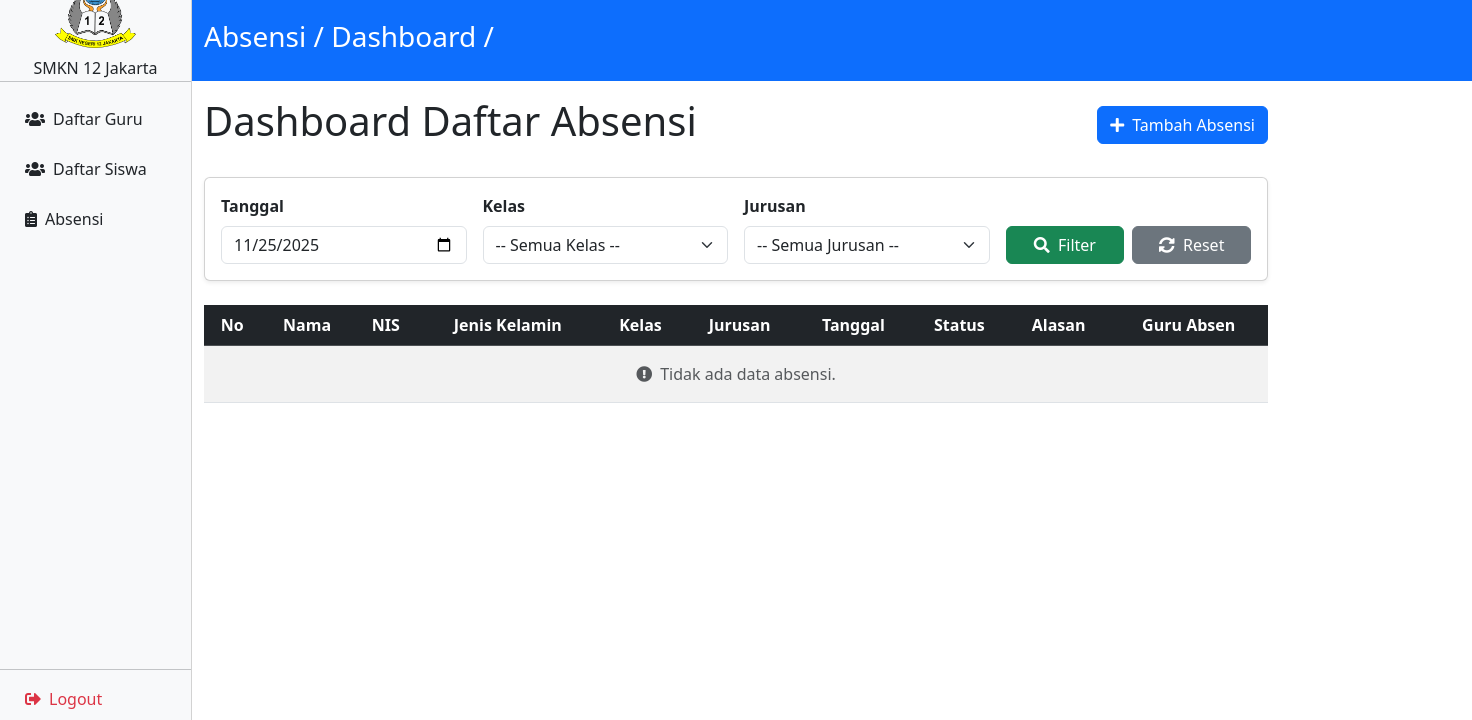
Repository: aly675/pra-usk
Page: resources/views/absensi/dashboard-absensi.blade.php
These files come from the project's save history. The page is drawn as it stood at one moment and after the next save; the edit follows.
The browser window is 1280 px wide. The page is 1472 px wide, so the pictures cover 1472 px, including what lies to the right of the window. The pictures show the whole page.
The page is served by the project's Laravel application, run on PHP 8.4 with Laravel 12. Other server files are loaded and not shown. The template is opened directly, without the code that normally fills it, so the values that code supplies are empty.

Above is the page before, as saved 2025-11-25 04:59:17.

### routes/web.php
<?php

use Illuminate\Support\Facades\Route;
use App\Http\Controllers\AuthController;
use App\Http\Controllers\GuruController;
use App\Http\Controllers\SiswaController;
use App\Http\Controllers\AbsensiController;
use Illuminate\Routing\Controllers\Middleware;

Route::get('/', function () {
    return view('welcome');
});

Route::prefix('auth')->middleware('islogin')->group(function () {
    Route::get('/', [AuthController::class, 'login_page'])->name('login-page');
    Route::post('/login', [AuthController::class, 'login'])->name('login');
});

Route::prefix('admin')->middleware("guru")->group(function () {
    Route::get('', function () {
        return redirect()->route('guru.dashboard-siswa-page');
    });
    Route::prefix('siswa')->group(function () {
        Route::get('/', [SiswaController::class, 'dashboard_siswa_page'])->name('guru.dashboard-siswa-page');
        Route::get('/tambah-siswa', [SiswaController::class, 'tambah_siswa_page'])->name('guru.tambah-siswa-page');
        Route::post('/tambah-siswa/kirim', [SiswaController::class, 'tambah_siswa'])->name('guru.tambah-siswa');
        Route::get('/edit-siswa/{id}', [SiswaController::class, 'edit_siswa_page'])->name('guru.edit-siswa-page');
        Route::put('/edit-siswa/{id}/kirim', [SiswaController::class, 'edit_siswa'])->name('guru.edit-siswa');
        Route::delete('/delete-siswa/{id}', [SiswaController::class, 'delete_siswa'])->name('guru.delete-siswa');
    });
    Route::prefix('guru')->group(function () {
        Route::get('/', [GuruController::class, 'dashboard_guru_page'])->name('guru.dashboard-guru-page');
        Route::get('/tambah-guru', [GuruController::class, 'tambah_guru_page'])->name('guru.tambah-guru-page');
        Route::post('/tambah-guru/kirim', [GuruController::class, 'tambah_guru'])->name('guru.tambah-guru');
        Route::get('/edit-guru/{id}', [GuruController::class, 'edit_guru_page'])->name('guru.edit-guru-page');
        Route::put('/edit-guru/{id}/kirim', [GuruController::class, 'edit_guru'])->name('guru.edit-guru');
        Route::delete('/delete-guru/{id}', [GuruController::class, 'delete_guru'])->name('guru.delete-guru');
    });
    Route::prefix('absensi')->group(function () {
        Route::get('/', [AbsensiController::class, 'dashboard_absensi_page'])->name('guru.dashboard-absensi-page');
        Route::get('/tambah/absensi', [AbsensiController::class, 'tambah_absensi_page'])->name('guru.tambah-absensi-page');
        Route::post('/tambah/absensi', [AbsensiController::class, 'tambah_absensi'])->name('guru.tambah-absensi');

    });
});

Route::post('/logout', [AuthController::class, 'logout'])->name('logout');

### resources/views/absensi/dashboard-absensi.blade.php
<!DOCTYPE html>
<html lang="en">
<head>
    <meta charset="UTF-8">
    <meta name="viewport" content="width=device-width, initial-scale=1.0">
    <meta http-equiv="X-UA-Compatible" content="ie=edge">
    <title>Document</title>
     <link href="https://cdn.jsdelivr.net/npm/bootstrap@5.3.8/dist/css/bootstrap.min.css" rel="stylesheet" integrity="sha384-sRIl4kxILFvY47J16cr9ZwB07vP4J8+LH7qKQnuqkuIAvNWLzeN8tE5YBujZqJLB" crossorigin="anonymous">
    <link rel="stylesheet" href="https://cdnjs.cloudflare.com/ajax/libs/font-awesome/5.15.4/css/all.min.css">
</head>
<body>
    <div class="offcanvas offcanvas-start show bg-light" style="width: 15%" data-bs-scroll="true" data-bs-backdrop="false" tabindex="-1" id="offcanvasScrolling" aria-labelledby="offcanvasScrollingLabel">
        <div class="offcanvas-header d-flex justify-content-center" style="height: 9vh">
            <a class="navbar-brand d-flex flex-column align-items-center" href="#">
                <img src="{{ asset('assets/img/image.png') }}" alt="SMKN 12 JAKARTA" height="64">
                <p class="mt-2 mb-0">SMKN 12 Jakarta</p>
            </a>
        </div>
        <hr>
        <div class="offcanvas-body d-flex flex-column justify-content-between p-0">
            <div class="d-flex flex-column gap-2 w-100">
                <a href="{{ route('guru.dashboard-guru-page') }}" class="btn text-start ps-4 py-2">
                    <i class="fas fa-users me-2"></i>Daftar Guru
                </a>
                <a href="{{ route('guru.dashboard-siswa-page') }}" class="btn text-start ps-4 py-2">
                    <i class="fas fa-users me-2"></i>Daftar Siswa
                </a>
                <a href="{{ route('guru.dashboard-absensi-page') }}" class="btn text-start ps-4 py-2">
                    <i class="fas fa-clipboard-list me-2"></i>Absensi
                </a>
            </div>
            <div class="w-100">
                <hr class="my-2">
                <form action="{{ route('logout') }}" method="post">
                    @csrf
                    <button type="submit" class="btn text-start ps-4 py-2 text-danger w-100">
                        <i class="fas fa-sign-out-alt me-2"></i>Logout
                    </button>
                </form>
            </div>
        </div>
    </div>
    <div class="container-fluid p-0" style="margin-left: 15%">
        <nav class="navbar bg-primary">
            <div class="container-fluid">
                <a class="navbar-brand d-flex align-items-center" style="height: 9vh" href="{{ route('guru.dashboard-absensi-page') }}">
                    <h3 class="text-white">
                        Absensi / Dashboard /
                    </h3>
                </a>
            </div>
        </nav>
        {{-- Content --}}
        <div class="container mx-0 mt-3" style="max-width: 85%">
            <div class="d-flex align-items-center justify-content-between">
                <h1>Dashboard Daftar Absensi</h1>
                <a class="btn btn-primary" href="{{ route('guru.tambah-absensi-page') }}">
                    <i class="fas fa-plus me-2"></i>Tambah Absensi
                </a>
            </div>
            {{-- Filter Section --}}
            <div class="card mt-4 shadow-sm">
                <div class="card-body">
                    <form action="{{ route('guru.dashboard-absensi-page') }}" method="GET" class="row g-3 align-items-end">
                        <div class="col-md-3">
                            <label for="tanggal" class="form-label fw-semibold">Tanggal</label>
                            <input type="date" name="tanggal" id="tanggal" class="form-control"
                                value="{{ request('tanggal', date('Y-m-d')) }}">
                        </div>
                        <div class="col-md-3">
                            <label for="kelas" class="form-label fw-semibold">Kelas</label>
                                <select name="kelas" id="kelas" class="form-select">
                                    <option value="">-- Semua Kelas --</option>
                                    <option value="x" {{ request('kelas') == 'x' ? 'selected' : '' }}>X</option>
                                    <option value="xi" {{ request('kelas') == 'xi' ? 'selected' : '' }}>XI</option>
                                    <option value="xii" {{ request('kelas') == 'xii' ? 'selected' : '' }}>XII</option>
                                </select>
                            </div>
                            <div class="col-md-3">
                                <label for="jurusan" class="form-label fw-semibold">Jurusan</label>
                                <select name="jurusan" id="jurusan" class="form-select">
                                    <option value="">-- Semua Jurusan --</option>
                                    <option value="RPL" {{ request('jurusan') == 'RPL' ? 'selected' : '' }}>RPL</option>
                                    <option value="BR" {{ request('jurusan') == 'BR' ? 'selected' : '' }}>BR</option>
                                    <option value="MP" {{ request('jurusan') == 'MP' ? 'selected' : '' }}>MP</option>
                                    <option value="AKL" {{ request('jurusan') == 'AKL' ? 'selected' : '' }}>AKL</option>
                                </select>
                            </div>
                        <div class="col-md-3 d-flex">
                            <button type="submit" class="btn btn-success me-2 w-100">
                                <i class="fas fa-search me-1"></i> Filter
                            </button>
                            <a href="{{ route('guru.dashboard-absensi-page') }}" class="btn btn-secondary w-100">
                                <i class="fas fa-sync-alt me-1"></i> Reset
                            </a>
                        </div>
                    </form>
                </div>
            </div>
            {{-- Table Section --}}
            <div class="table-responsive mt-4">
                <table class="table table-striped table-hover align-middle">
                    <thead class="table-dark">
                        <tr class="text-center">
                            <th>No</th>
                            <th>Nama</th>
                            <th>NIS</th>
                            <th>Jenis Kelamin</th>
                            <th>Kelas</th>
                            <th>Jurusan</th>
                            <th>Tanggal</th>
                            <th>Status</th>
                            <th>Alasan</th>
                            <th>Guru Absen</th>
                        </tr>
                    </thead>
                    <tbody>
                        @forelse ($absensi as $data)
                            <tr class="text-center">
                                <td>{{ $loop->iteration }}</td>
                                <td>{{ $data->siswa->nama }}</td>
                                <td>{{ $data->siswa->nis }}</td>
                                <td>{{ $data->siswa->kelas }}</td>
                                <td>{{ $data->siswa->jurusan }}</td>
                                <td>{{ \Carbon\Carbon::parse($data->tanggal)->format('d M Y H:i') }}</td>
                                <td>
                                    {{ $data->status_kehadiran }}
                                </td>
                                <td>{{ $data->alasan ?: '-' }}</td>
                                <td>{{ $data->guru->nama }}</td>
                            </tr>
                        @empty
                            <tr>
                                <td colspan="10" class="text-center text-muted py-3">
                                    <i class="fas fa-exclamation-circle me-2"></i>Tidak ada data absensi.
                                </td>
                            </tr>
                        @endforelse
                    </tbody>
                </table>
            </div>
        </div>
    </div>
        <script src="https://cdn.jsdelivr.net/npm/bootstrap@5.3.8/dist/js/bootstrap.bundle.min.js" integrity="sha384-FKyoEForCGlyvwx9Hj09JcYn3nv7wiPVlz7YYwJrWVcXK/BmnVDxM+D2scQbITxI" crossorigin="anonymous"></script>

</body>
</html>

After the next save:
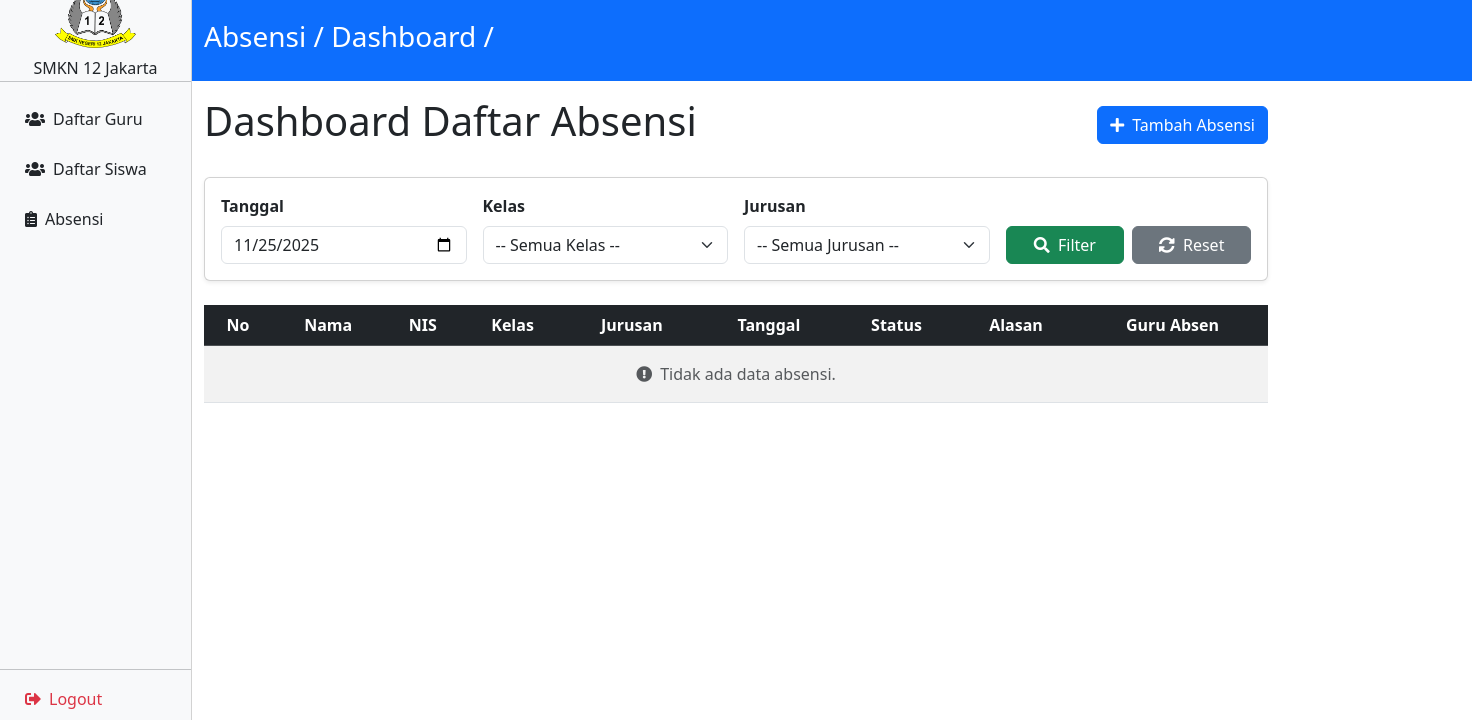
Saved 6 s later.
--- a/resources/views/absensi/dashboard-absensi.blade.php
+++ b/resources/views/absensi/dashboard-absensi.blade.php
@@ -105,7 +105,6 @@
                             <th>No</th>
                             <th>Nama</th>
                             <th>NIS</th>
-                            <th>Jenis Kelamin</th>
                             <th>Kelas</th>
                             <th>Jurusan</th>
                             <th>Tanggal</th>
